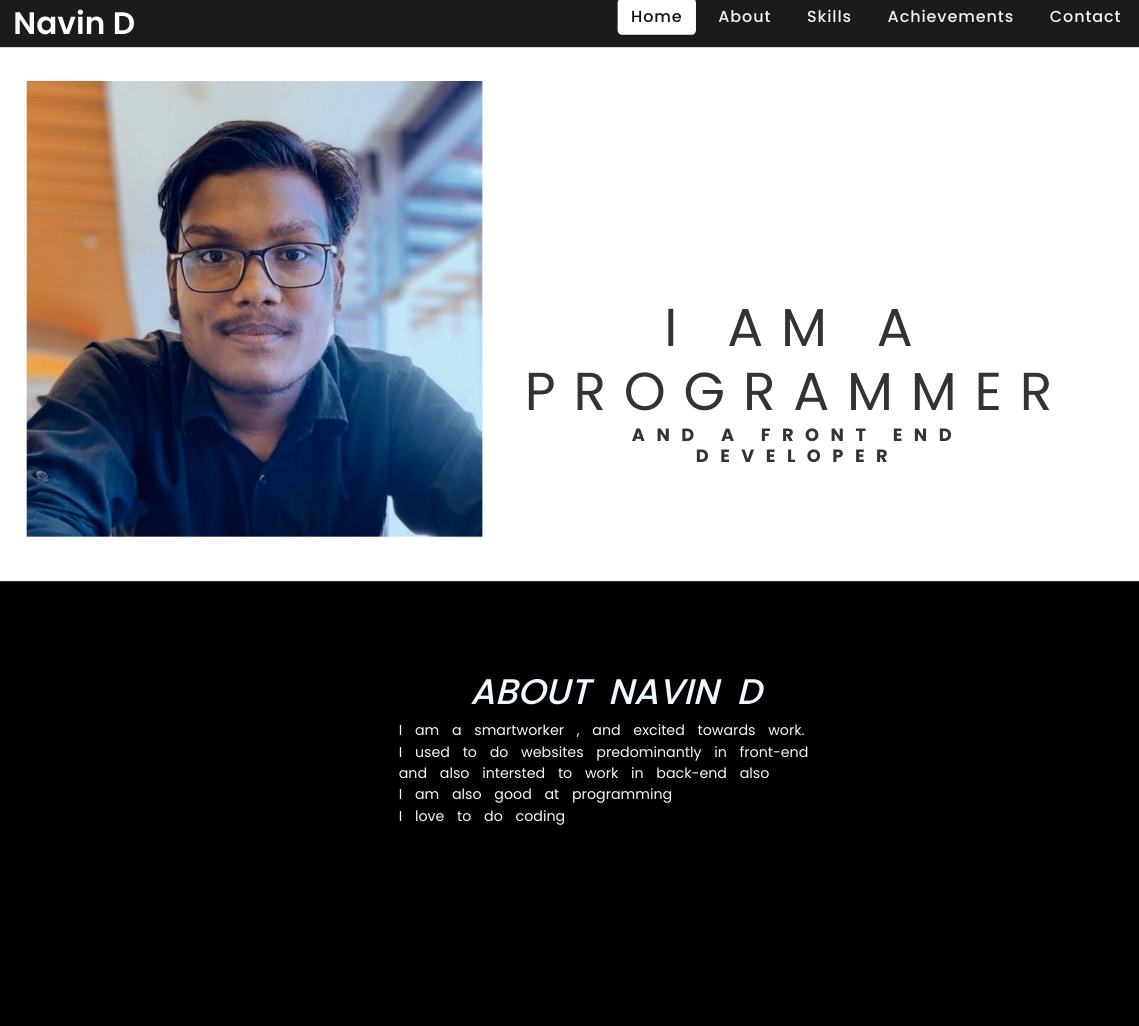
Repository: NavinDayanithi/OIBSIP
Page: Portfolio/index.html
An editor plug-in stored every save of this project. The page is shown before and after a run of saves, followed by the edit.
The browser window is 1280 px wide. The pictures show the whole page, at 89% of full size.

Above is the page before, as saved 2023-02-20 19:04:53.
Console error: TypeError: Cannot read properties of undefined (reading 'fn')

### Portfolio/index.html
<!DOCTYPE html>
<!-- Created By CodingNepal -->
<html lang="en" dir="ltr">
   <head>

      <meta charset="utf-8">
      <title>Navin's Portfolio</title>
      <script src="https://cdnjs.cloudflare.com/ajax/libs/OwlCarousel2/2.3.4/owl.carousel.min.js"></script>
      <script type="text/javascript" src="script.js"></script>
      <link rel="stylesheet" href="style.css">
      <link rel="stylesheet" href="https://cdnjs.cloudflare.com/ajax/libs/font-awesome/5.15.3/css/all.min.css"/>
      <meta name="viewport" content="width=device-width, initial-scale=1.0">
      <link href="https://cdn.jsdelivr.net/npm/bootstrap@5.3.0-alpha1/dist/css/bootstrap.min.css" rel="stylesheet" integrity="sha384-GLhlTQ8iRABdZLl6O3oVMWSktQOp6b7In1Zl3/Jr59b6EGGoI1aFkw7cmDA6j6gD" crossorigin="anonymous">
   </head>
   <body>
      <nav>
         <div class="logo">
            Navin D
         </div>
         <input type="checkbox" id="click">
         <label for="click" class="menu-btn">
         <i class="fas fa-bars"></i>
         </label>
         <ul>
            <li><a class="active" href="#">Home</a></li>
            <li><a href="#about">About</a></li>
            <li><a href="#skills">Skills</a></li>
            <li><a href="#">Achievements</a></li>
            <li><a href="#">Contact</a></li>
         </ul>
      </nav>
      <div >
        <img src="navinppimg.jpeg"  class="img1" alt="navinimg">
      </div>
      <div class="text-box">
        <h1 class="heading-primary">
         <span class="heading-primary-main">I am a Programmer</span>
          <span class="heading-primary-sub">and a front end developer</span>
         </h1>
   </div>
   <section class="about" id="about">
      <!-- <img class="about-img" src="https://embetronicx.com/wp-content/uploads/2017/08/background.jpg"  class="img1" alt="navinimg"> -->
      <div class="about-text">
         <h1> <i>ABOUT NAVIN D</i></h1>
         <p>  I am a smartworker , and excited towards work.<br/>
             I used to do websites predominantly in front-end <br/>
             and also intersted to work in back-end also<br/>
             I am also good at programming <br/>
             I love to do coding<br/>
      </p>
      </div>

    </body>
</section>
       </body>
</html>

### Portfolio/style.css
@import url('https://fonts.googleapis.com/css?family=Poppins:400,500,600,700&display=swap');
*{
  margin: 0;
  padding: 0;
  box-sizing: border-box;
  font-family: 'Poppins', sans-serif;
}
nav{
  display: flex;
  height: 100%;
  width: 100%;
  background: #1b1b1b;
  align-items: center;
  justify-content: space-between;
  /* padding: 0 50px 0 50px; */
  /* flex-wrap: wrap; */
}
nav .logo{
  color: #fff;
  font-size: 35px;
  font-weight: 600;
  margin-left: 15px;
}
nav ul{
  display: flex;
  flex-wrap: wrap;
  list-style: none;
}
nav ul li{
  margin: 0 5px;
}
nav ul li a{
  color: #f2f2f2;
  text-decoration: none;
  font-size: 18px;
  font-weight: 500;
  padding: 8px 15px;
  border-radius: 5px;
  letter-spacing: 1px;
  transition: all 0.3s ease;
}
nav ul li a.active,
nav ul li a:hover{
  color: #111;
  background: #fff;
}
nav .menu-btn i{
  color: #fff;
  font-size: 22px;
  cursor: pointer;
  display: none;
}
input[type="checkbox"]{
  display: none;
}
@media (max-width: 1000px){
  nav{
    padding: 0 40px 0 50px;
  }
}
@media (max-width: 920px) {
  nav .menu-btn i{
    display: block;
  }
  #click:checked ~ .menu-btn i:before{
    content: "\f00d";
  }
  nav ul{
    position: fixed;
    top: 80px;
    left: -100%;
    background: #111;
    height: 100vh;
    width: 100%;
    text-align: center;
    display: block;
    transition: all 0.3s ease;
  }
  #click:checked ~ ul{
    left: 0;
  }
  nav ul li{
    width: 100%;
    margin: 40px 0;
  }
  nav ul li a{
    width: 100%;
    margin-left: -100%;
    display: block;
    font-size: 20px;
    transition: 0.6s cubic-bezier(0.68, -0.55, 0.265, 1.55);
  }
  #click:checked ~ ul li a{
    margin-left: 0px;
  }
  nav ul li a.active,
  nav ul li a:hover{
    background: none;
    color: cyan;
  }
}
.content{
  position: absolute;
  top: 50%;
  left: 50%;
  transform: translate(-50%, -50%);
  text-align: center;
  z-index: -1;
  width: 100%;
  padding: 0 30px;
  color: #1b1b1b;
}
.content div{
  font-size: 40px;
  font-weight: 700;
}

.text-box {
    position: absolute;
    top: 60%;
    left: 70%;
    transform: translate(-50%, -50%);
    text-align:center;
  }

  .heading-primary {
      color:#333;
      text-transform: uppercase;
  }

  .heading-primary-main {
      display: block;
      font-size: 60px;
      font-weight: 400;
      letter-spacing: 20px;
     /*  Animation decalaration   */
      animation-name: moveInleft;
      animation-duration: 3s;
  }

  .heading-primary-sub {
      display: block;
      font-size: 20px;
      font-weight: 700;
      letter-spacing: 12.9px;

      animation-name: moveInRight;
      animation-duration: 3s;
  }

  @keyframes moveInleft {
      0% {
          opacity: 0;
          transform: translateX(-100px);
      }

      80% {
          transform: translateX(10px);
      }
      100% {
          opacity: 1;
          transform: translate(0);
      }
  }

  @keyframes moveInRight {
      0% {
          opacity: 0;
          transform: translateX(100px);
      }

      80% {
          transform: translateX(-10px);
      }

      100% {
          opacity: 1;
          transform: translate(0);
      }

  }
  .img1{
    margin-left: 30px;
     margin-top: 3%;
    display: block;
    height:40%;
    width:40%;


  }
  .a{
    float: left;
    /* display: inline; */
    width: 50%;


  }
  .b{
    /* display: inline; */
    float:right;
    width: 50%;
    margin-left: 50px;


  }
   .about{
    background-color: black;
    height: 500px;
    width: 100%;
    color: aliceblue;
    margin-top: 50px;

  }

 .about-text {
  padding-top: 100px;
   padding-left: 35%;
   word-spacing: 10px;
}
.about-text h1{
  padding-left:80px;
  border:5px s
}

Loaded but not shown: Portfolio/script.js (common file)

After the next 4 saves:
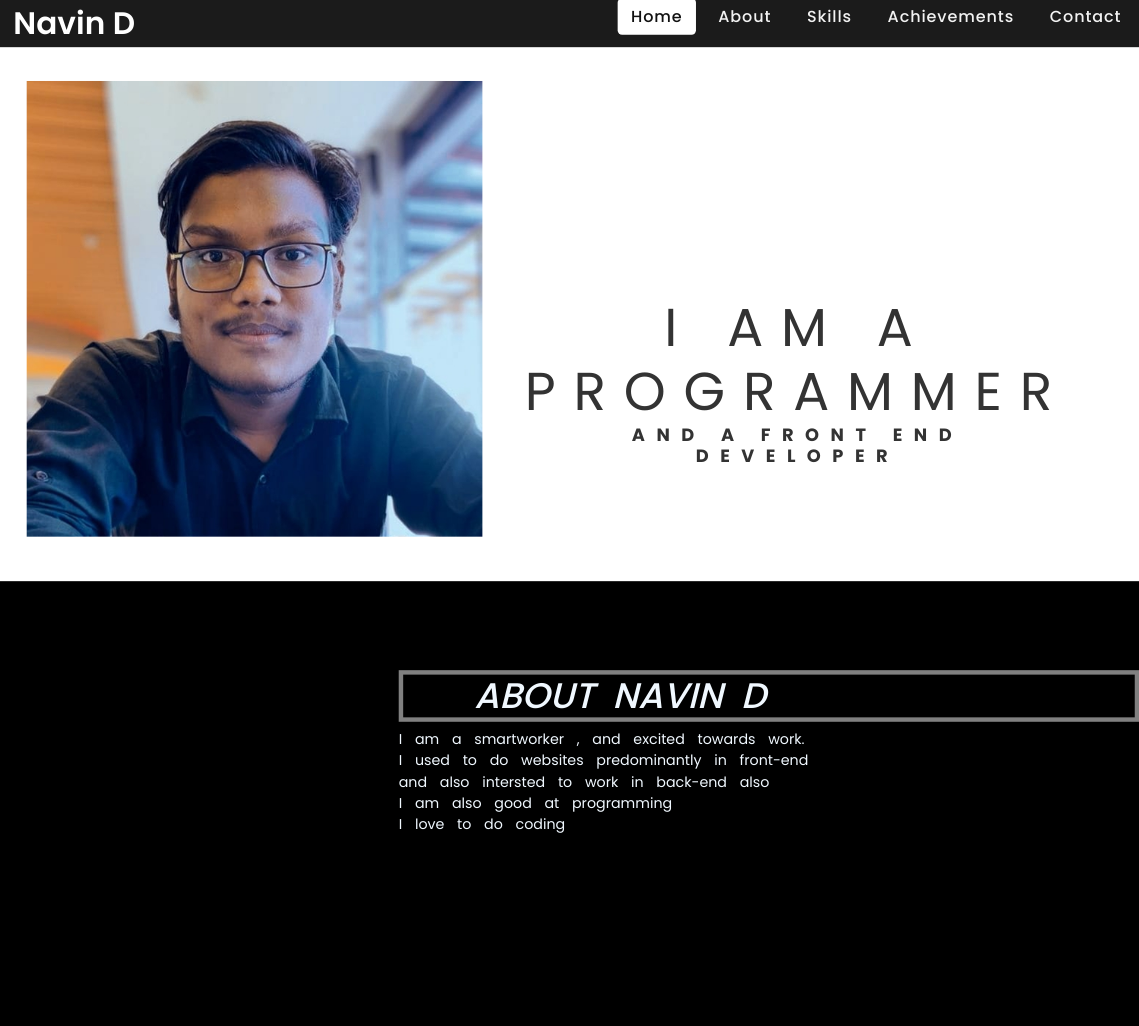
The 4 saves are shown as one change because they came seconds apart.
The last was saved 10 s later.
--- a/Portfolio/style.css
+++ b/Portfolio/style.css
@@ -219,5 +219,5 @@
 }
 .about-text h1{
   padding-left:80px;
-  border:5px s
-}
+  border:5px solid gray;
+}
